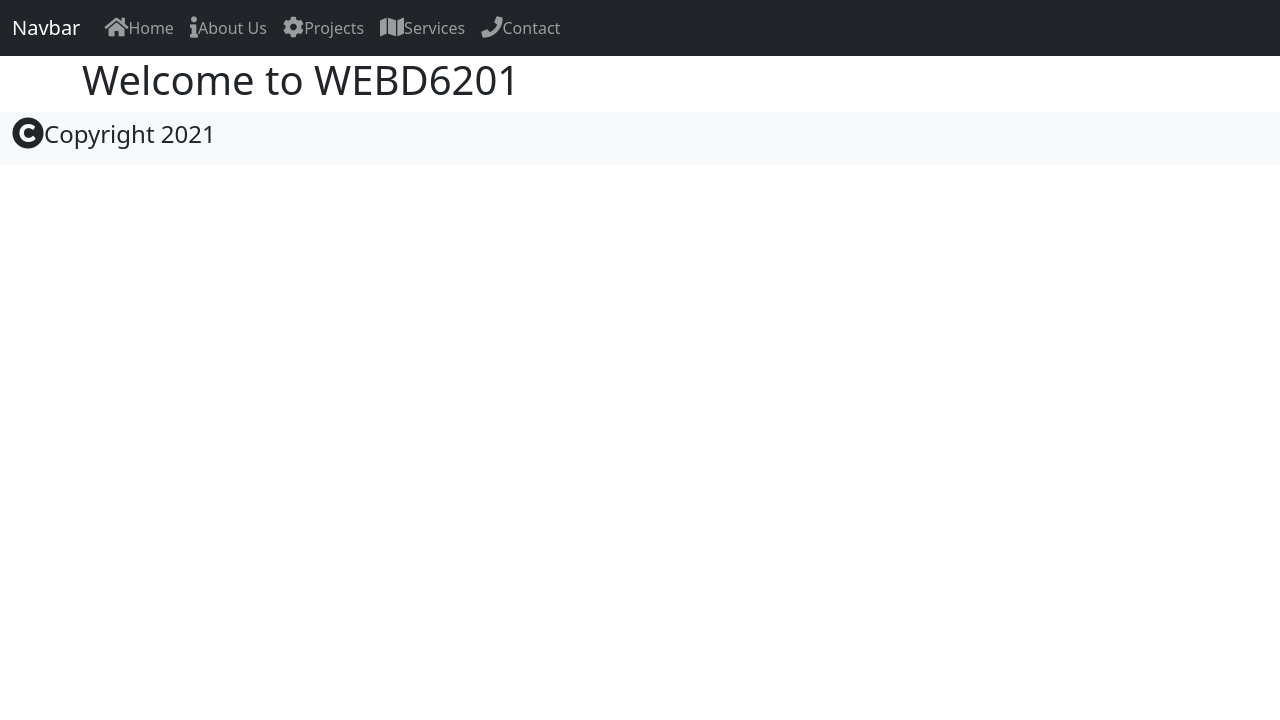
Repository: deividwsantoss/webd6201-W2021-ICE1
Page: Index.html
The author's editor kept a copy of each file at every save. The page is drawn from the files as they stood at one save, then again after the next save.
The browser window is 1280 px wide. The pictures show the whole page.

Above is the page before, as saved 2021-02-02 10:11:37.

After the next save:
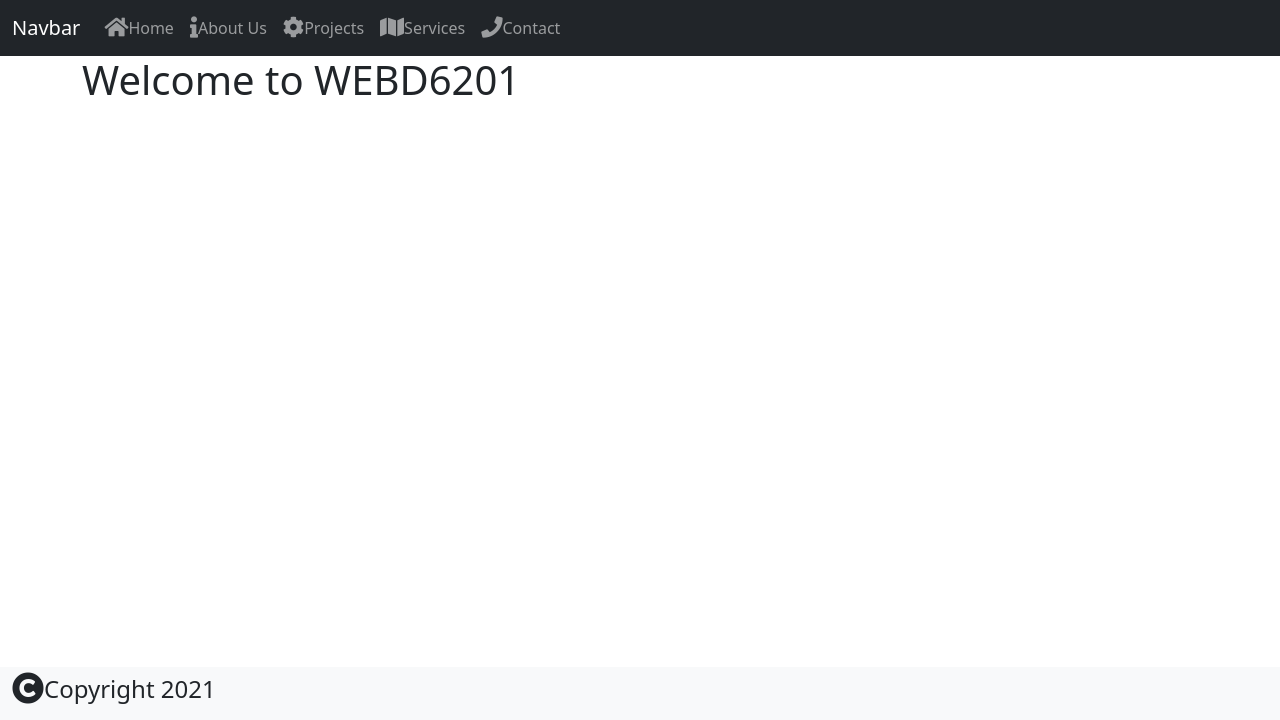
Saved 37 s later.
--- a/Index.html
+++ b/Index.html
@@ -48,11 +48,12 @@
     </main>
 
     <footer>
-        <nav class="navbar fixed-botton navbar-light bg-light">
+        <nav class="navbar fixed-bottom navbar-light bg-light">
             <div class="container-fluid">
                 <h4><i class="fas fa-copyright fa-lg"></i>Copyright 2021 </h4>
             </div>
           </nav>
+
     </footer>
     <!-- Script Section-->
     <script src="./node_modules/jquery/dist/jquery.min.js"></script>
